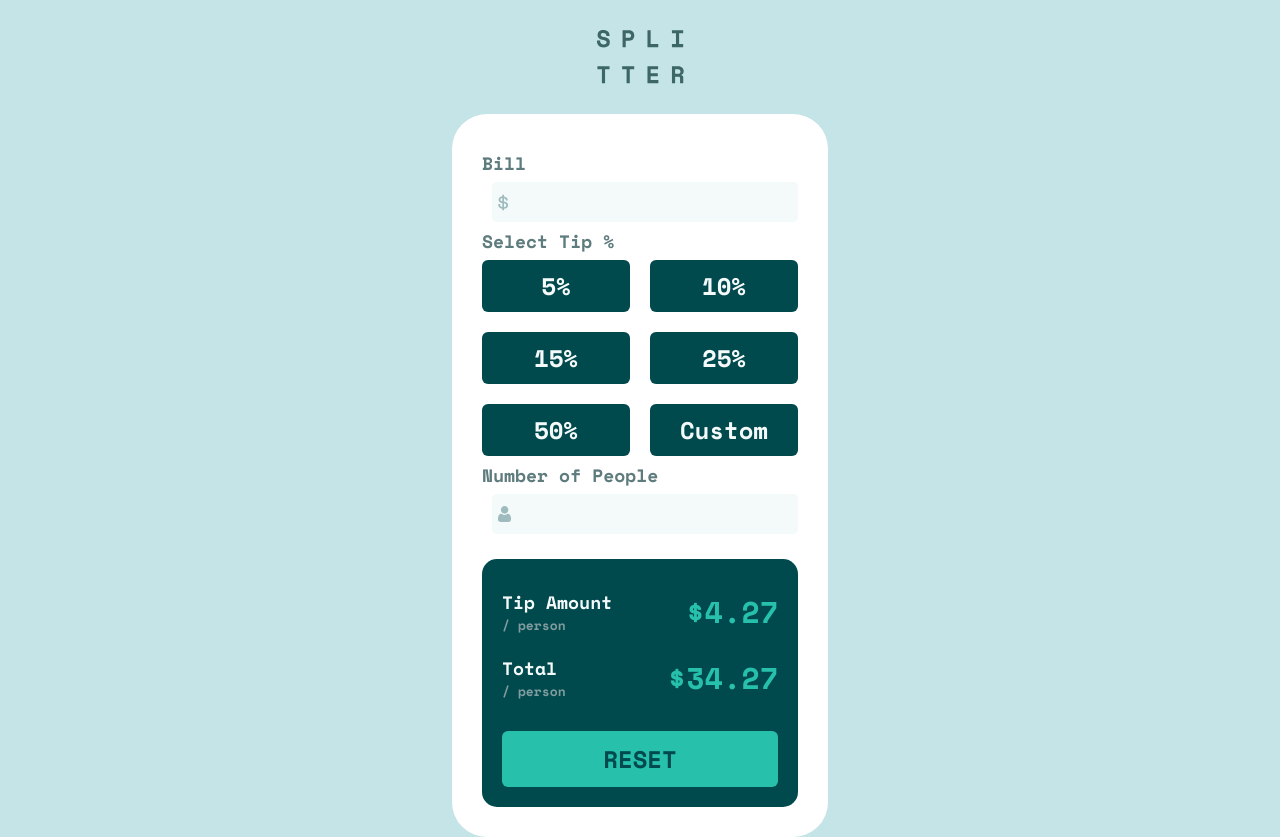
Repository: tomas938/tipcalculator
Page: /
An editor plug-in stored every save of this project. The page is shown before and after the next save, followed by the edit.
The browser window is 1280 px wide. The pictures show the whole page.
The project was rebuilt for these pictures with package versions that can differ from the ones it lists, and the page was loaded fresh each time.

Above is the page before, as saved 2021-08-04 10:54:25.

After the next save:
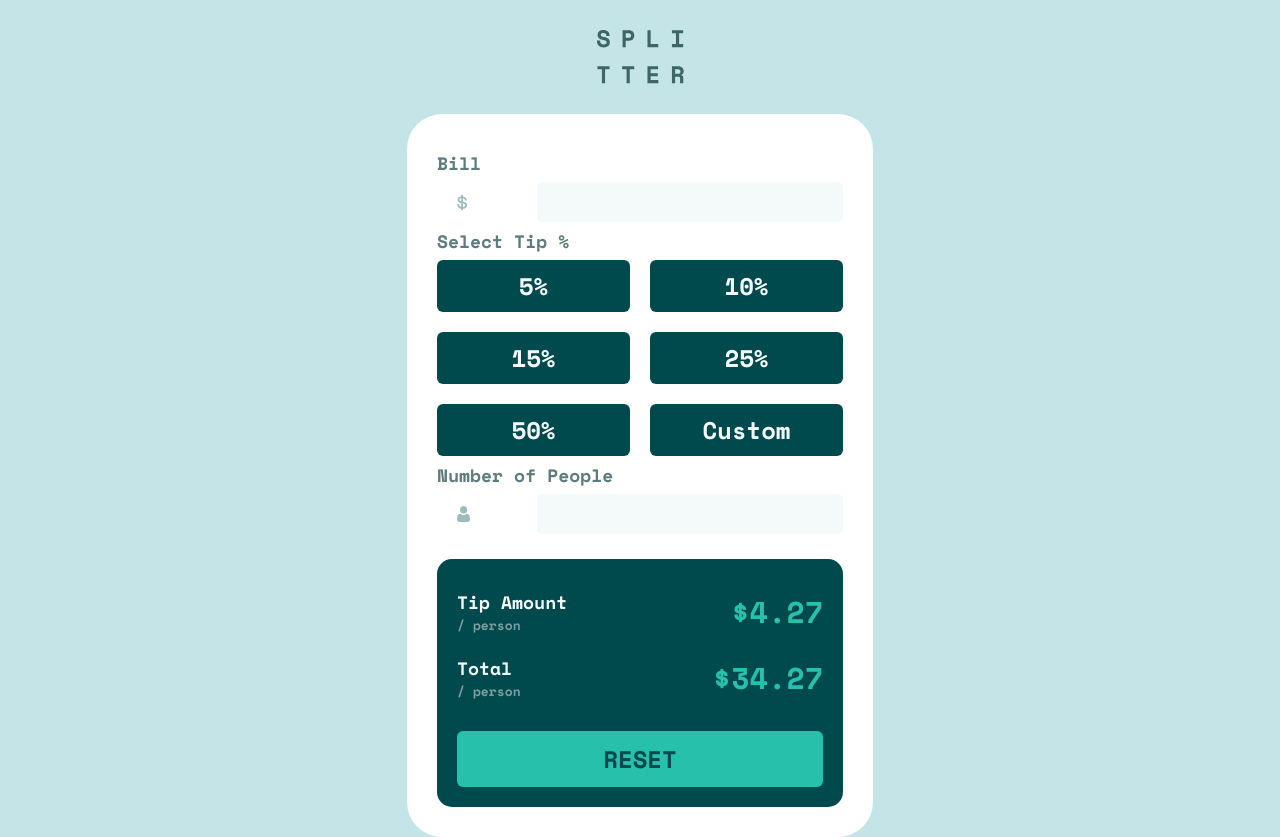
Saved 4 s later.
--- a/src/components/Splitter.vue
+++ b/src/components/Splitter.vue
@@ -174,7 +174,7 @@ h3 {
 	font-weight: 700;
 }
 .input-wrapper {
-	padding-left: 10px;
+	padding-left: 100px;
 	position: relative;
 	display: flex;
 	align-items: center;
